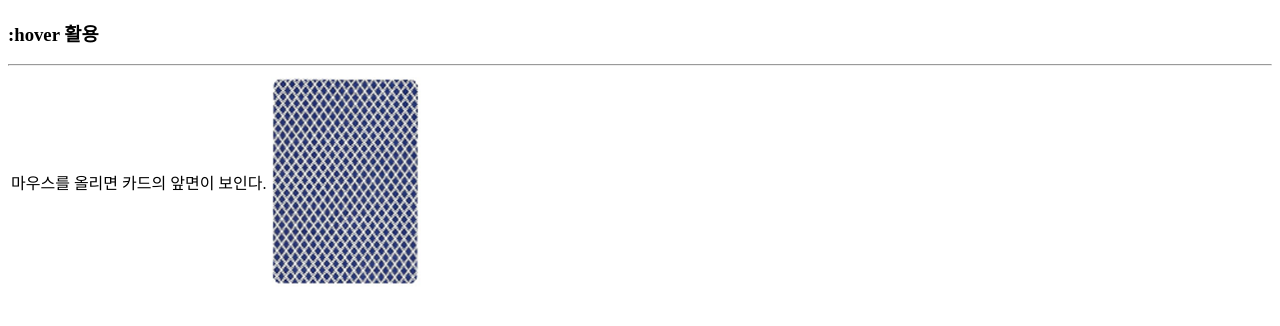
Repository: codelily98/Web
Page: CSS3/src/main/webapp/practice/practice03.html
These files come from the project's save history. The page is drawn as it stood at one moment and after the next save; the edit follows.
The browser window is 1280 px wide. The pictures show the whole page.
The pointer rests on the first visible `body`.

Above is the page before, as saved 2024-08-12 09:25:49.

### CSS3/src/main/webapp/practice/practice03.html
<!DOCTYPE html>
<html>
<head>
<meta charset="UTF-8">
<title>hover 활용</title>
<style type="text/css">
body:hover #img {
	content: url("../image/back.png");
	width: 150px;
	height: 210px;
	alt: 카드뒷면;
	z-index: 1;
}
body:hover #img:hover {
	content: url("../image/spade-7.png");
	width: 150px;
	height: 210px;
	alt: 카드앞면;
}
</style>
</head>
<body>
	<h3>:hover 활용</h3>
	<hr>
	<table>
		<tr>
			<td>마우스를 올리면 카드의 앞면이 보인다.</td>
			<td><div id="img"></div></td>
		</tr>
	</table>
</body>
</html>

After the next save:
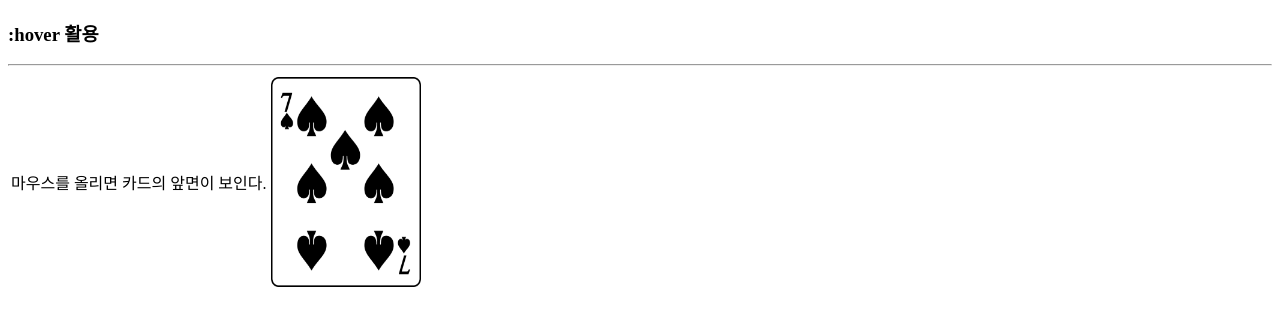
Saved 14 s later.
--- a/CSS3/src/main/webapp/practice/practice03.html
+++ b/CSS3/src/main/webapp/practice/practice03.html
@@ -10,6 +10,11 @@
 	height: 210px;
 	alt: 카드뒷면;
 	z-index: 1;
+
+	content: url("../image/spade-7.png");
+	width: 150px;
+	height: 210px;
+	alt: 카드앞면;
 }
 body:hover #img:hover {
 	content: url("../image/spade-7.png");

After the 6 saves that followed:
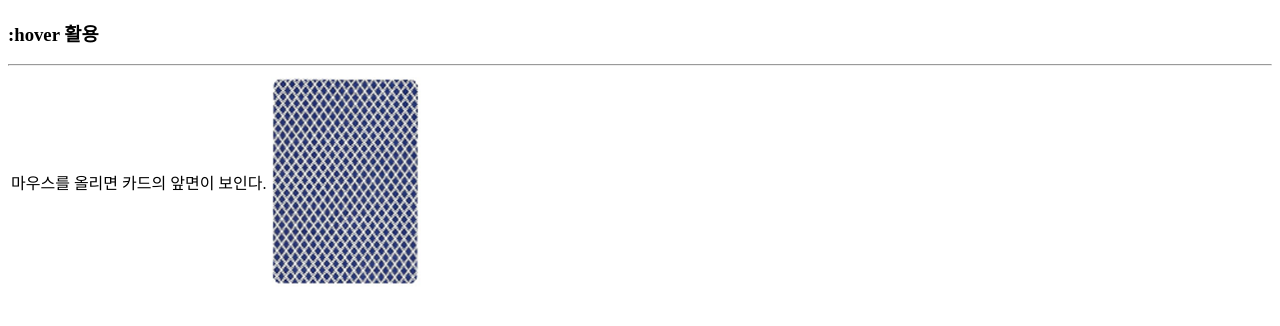
The 6 saves are shown as one change because 4 left the picture as it was and some came seconds apart.
The last was saved 82 s later.
--- a/CSS3/src/main/webapp/practice/practice03.html
+++ b/CSS3/src/main/webapp/practice/practice03.html
@@ -9,18 +9,13 @@
 	width: 150px;
 	height: 210px;
 	alt: 카드뒷면;
-	z-index: 1;
-
+	z-index: 10;
+	:after
 	content: url("../image/spade-7.png");
 	width: 150px;
 	height: 210px;
 	alt: 카드앞면;
-}
-body:hover #img:hover {
-	content: url("../image/spade-7.png");
-	width: 150px;
-	height: 210px;
-	alt: 카드앞면;
+	z-index: -1;
 }
 </style>
 </head>
